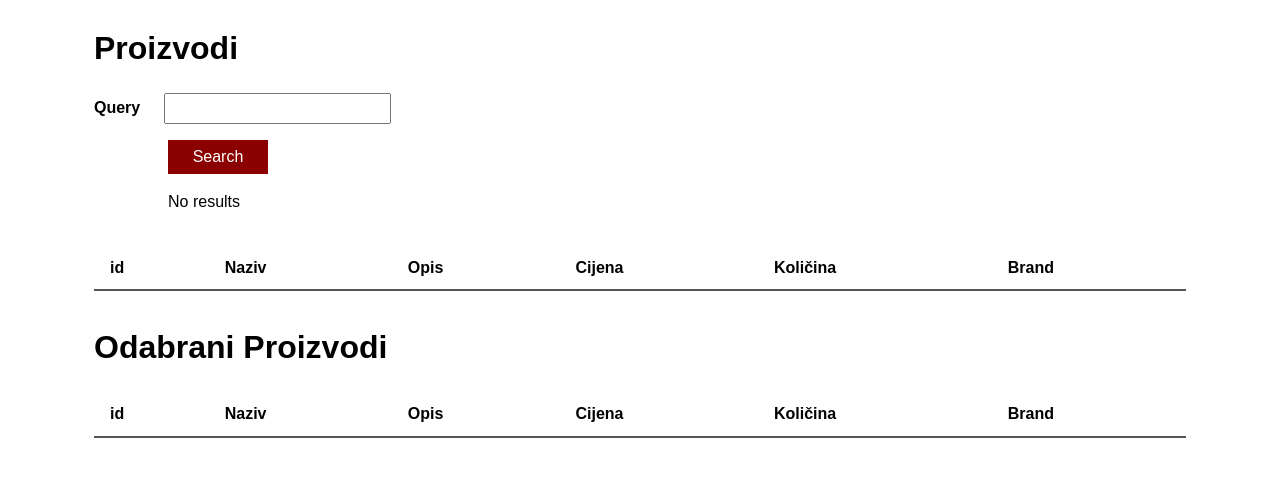
Repository: ivan-baljkas/pristupni_zadatak
Page: / (app in frontend/react-akademija-master/)
The author's editor kept a copy of each file at every save. The page is drawn from the files as they stood at one save, then again after the next save.
The browser window is 1280 px wide. The pictures show the whole page.
The page's requests for data from a server got no answer. The project was rebuilt for these pictures with package versions that can differ from the ones it lists, and the page was loaded fresh each time. No one was signed in, and anything a server would have sent is missing. Also part of the build but not shown: frontend/react-akademija-master/src/components/TableItem.jsx, frontend/react-akademija-master/src/components/TableItem2.jsx.

Above is the page before, as saved 2021-07-26 03:50:46.

After the next save:
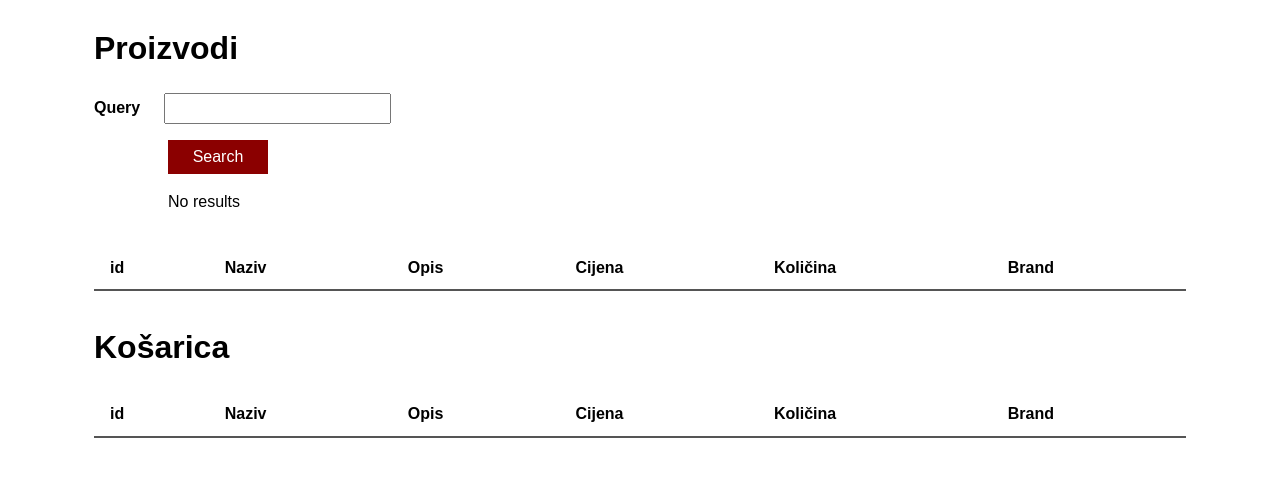
Saved 8 s later.
--- a/frontend/react-akademija-master/src/App.js
+++ b/frontend/react-akademija-master/src/App.js
@@ -111,7 +111,7 @@ const handleUkloniProizvod = (proizvodId) => {
         ))}
         </CollectionTable>
         <h1>
-          Odabrani Proizvodi
+          Košarica
         </h1>
         <CollectionTable>
         {state.odabraniProizvodi.map(proizvod=>(
